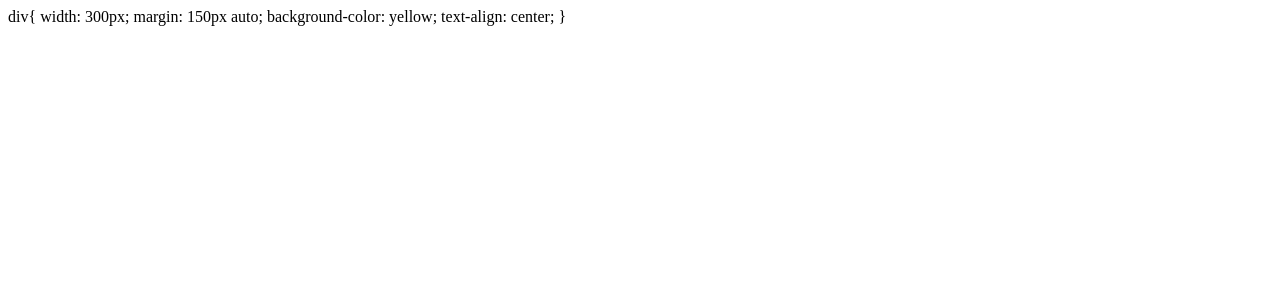
Repository: lixinso/html5
Page: workspace/CSS3/WebContent/transform/transform_sample1.html
These files come from the project's save history. The page is drawn as it stood at one moment and after the next save; the edit follows.
The browser window is 1280 px wide. The pictures show the whole page.

Above is the page before, as saved 2011-05-28 14:12:12.

### workspace/CSS3/WebContent/transform/transform_sample1.html
<?xml version="1.0" encoding="UTF-8" ?>
<!DOCTYPE html PUBLIC "-//W3C//DTD XHTML 1.0 Transitional//EN" "http://www.w3.org/TR/xhtml1/DTD/xhtml1-transitional.dtd">
<html xmlns="http://www.w3.org/1999/xhtml">
<head>
<meta http-equiv="Content-Type" content="text/html; charset=UTF-8" />
<title>Insert title here</title>
div{
	width: 300px;
	margin: 150px auto;
	background-color: yellow;
	text-align: center;

}
</head>
<body>

</body>
</html>

After the next save:
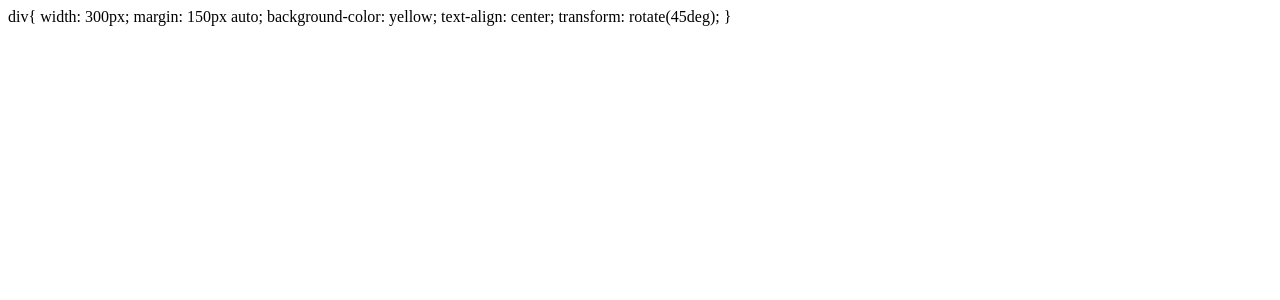
Saved 17 s later.
--- a/workspace/CSS3/WebContent/transform/transform_sample1.html
+++ b/workspace/CSS3/WebContent/transform/transform_sample1.html
@@ -9,7 +9,7 @@ div{
 	margin: 150px auto;
 	background-color: yellow;
 	text-align: center;
-
+	transform: rotate(45deg);
 }
 </head>
 <body>
